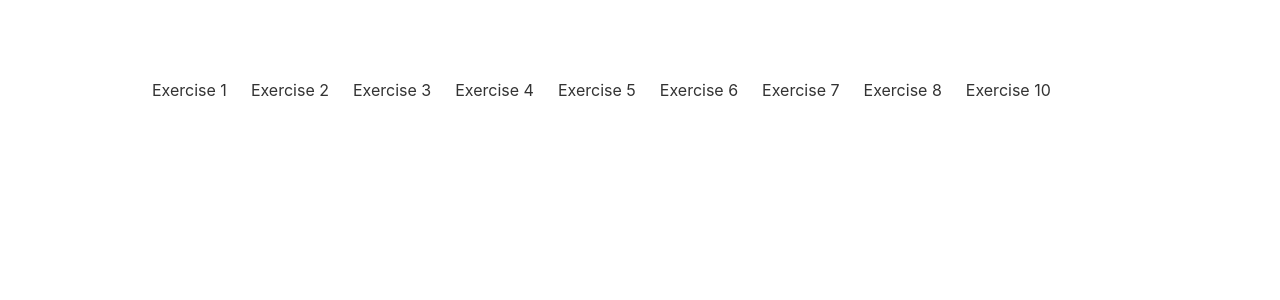
Repository: LukeBinh/reactjsexercises
Page: /ex10
The author's editor kept a copy of each file at every save. The page is drawn from the files as they stood at one save, then again after a run of saves.
The browser window is 1280 px wide. The pictures show the whole page.
The page's requests for data from a server got no answer. The project was rebuilt for these pictures with package versions that can differ from the ones it lists, and the page was loaded fresh each time. No one was signed in, and anything a server would have sent is missing. Also part of the build but not shown: src/components/Ex1/Ex1.tsx, src/components/Ex2/Ex2.tsx, src/components/Ex3/ex3.css, src/components/Ex3/Ex3.tsx, src/components/Ex4/ex4.css, src/components/Ex4/Ex4.jsx, src/components/Ex5/Ex5.tsx, src/components/Ex6/ex6.css and 6 more.

Above is the page before, as saved 2022-04-27 15:39:43.

After the next 7 saves:
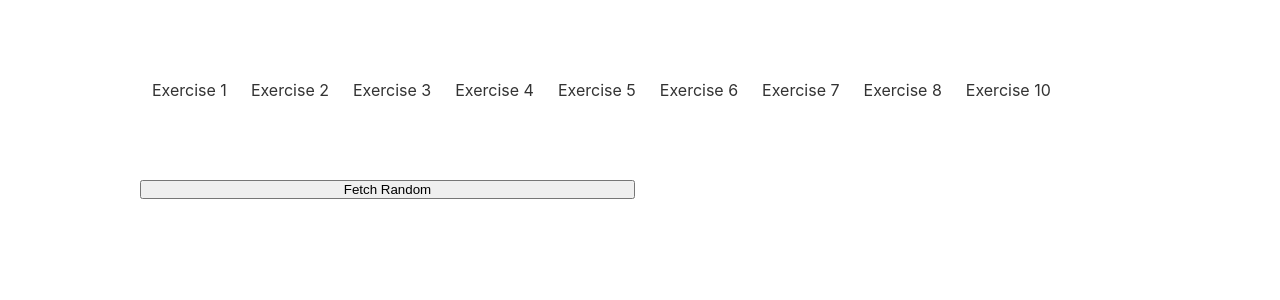
The 7 saves are shown as one change because they came seconds apart.
The last was saved 34 s later.
--- a/src/components/Ex10/Ex10.tsx
+++ b/src/components/Ex10/Ex10.tsx
@@ -27,6 +27,7 @@ function Ex10() {
 
   return (
     <div className="container grid">
+      <button>Fetch Random</button>
       {listUser.map((user) => (
         <div key={user.id} className="flexcol">
           <img src={user.avatar} alt={user.avatar} />
